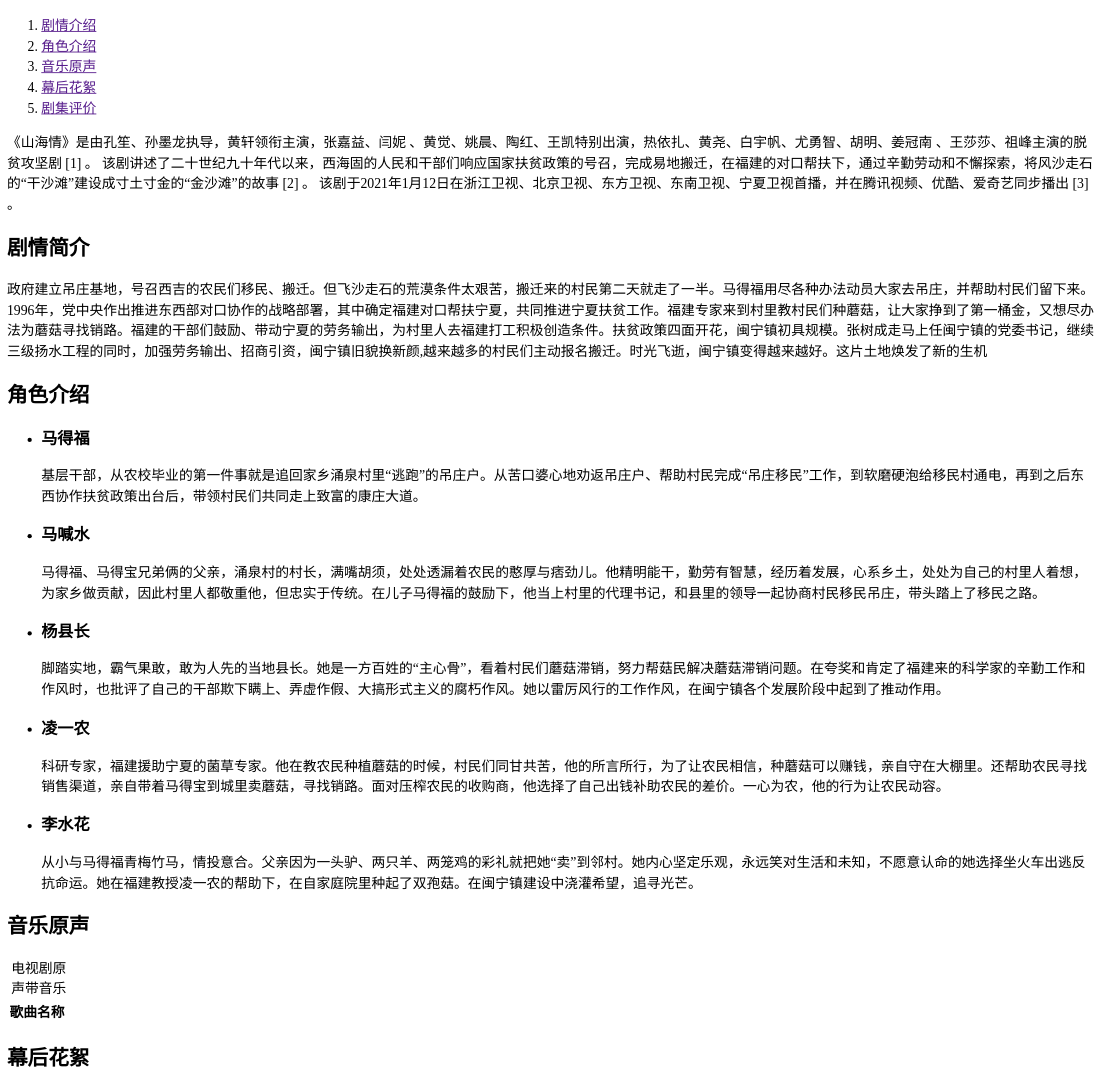
Repository: Lixianlai-2/static-website
Page: index.html
These files come from the project's save history. The page is drawn as it stood at one moment and after the next save; the edit follows.
The browser window is 1280 px wide. The pictures show the whole page, at 86% of full size.

Above is the page before, as saved 2021-11-29 23:36:40.

### index.html
<!DOCTYPE html>
<html lang="zh-CN">
  <head>
    <meta charset="UTF-8" />
    <meta http-equiv="X-UA-Compatible" content="IE=edge" />
    <meta
      name="viewport"
      content="width=device-width, initial-scale=1.0"
      content="ie=edge"
    />
    <title>山海情</title>

    <style>
      img {
        max-width: 100%;
      }
    </style>
  </head>
  <body>
    <nav>
      <ol>
        <li><a href="">剧情介绍</a></li>
        <li><a href="">角色介绍</a></li>
        <li><a href="">音乐原声</a></li>
        <li><a href="">幕后花絮</a></li>
        <li><a href="">剧集评价</a></li>
      </ol>
    </nav>

    <p>
      《山海情》是由孔笙、孙墨龙执导，黄轩领衔主演，张嘉益、闫妮
      、黄觉、姚晨、陶红、王凯特别出演，热依扎、黄尧、白宇帆、尤勇智、胡明、姜冠南
      、王莎莎、祖峰主演的脱贫攻坚剧 [1] 。
      该剧讲述了二十世纪九十年代以来，西海固的人民和干部们响应国家扶贫政策的号召，完成易地搬迁，在福建的对口帮扶下，通过辛勤劳动和不懈探索，将风沙走石的“干沙滩”建设成寸土寸金的“金沙滩”的故事
      [2] 。
      该剧于2021年1月12日在浙江卫视、北京卫视、东方卫视、东南卫视、宁夏卫视首播，并在腾讯视频、优酷、爱奇艺同步播出
      [3] 。
    </p>

    <h2>剧情简介</h2>
    <p>
      政府建立吊庄基地，号召西吉的农民们移民、搬迁。但飞沙走石的荒漠条件太艰苦，搬迁来的村民第二天就走了一半。马得福用尽各种办法动员大家去吊庄，并帮助村民们留下来。1996年，党中央作出推进东西部对口协作的战略部署，其中确定福建对口帮扶宁夏，共同推进宁夏扶贫工作。福建专家来到村里教村民们种蘑菇，让大家挣到了第一桶金，又想尽办法为蘑菇寻找销路。福建的干部们鼓励、带动宁夏的劳务输出，为村里人去福建打工积极创造条件。扶贫政策四面开花，闽宁镇初具规模。张树成走马上任闽宁镇的党委书记，继续三级扬水工程的同时，加强劳务输出、招商引资，闽宁镇旧貌换新颜,越来越多的村民们主动报名搬迁。时光飞逝，闽宁镇变得越来越好。这片土地焕发了新的生机
    </p>

    <h2>角色介绍</h2>
    <ul>
      <li>
        <h3>马得福</h3>
        <p>
          基层干部，从农校毕业的第一件事就是追回家乡涌泉村里“逃跑”的吊庄户。从苦口婆心地劝返吊庄户、帮助村民完成“吊庄移民”工作，到软磨硬泡给移民村通电，再到之后东西协作扶贫政策出台后，带领村民们共同走上致富的康庄大道。
        </p>
      </li>
      <li>
        <h3>马喊水</h3>
        <p>
          马得福、马得宝兄弟俩的父亲，涌泉村的村长，满嘴胡须，处处透漏着农民的憨厚与痞劲儿。他精明能干，勤劳有智慧，经历着发展，心系乡土，处处为自己的村里人着想，为家乡做贡献，因此村里人都敬重他，但忠实于传统。在儿子马得福的鼓励下，他当上村里的代理书记，和县里的领导一起协商村民移民吊庄，带头踏上了移民之路。
        </p>
      </li>
      <li>
        <h3>杨县长</h3>
        <p>
          脚踏实地，霸气果敢，敢为人先的当地县长。她是一方百姓的“主心骨”，看着村民们蘑菇滞销，努力帮菇民解决蘑菇滞销问题。在夸奖和肯定了福建来的科学家的辛勤工作和作风时，也批评了自己的干部欺下瞒上、弄虚作假、大搞形式主义的腐朽作风。她以雷厉风行的工作作风，在闽宁镇各个发展阶段中起到了推动作用。
        </p>
      </li>
      <li>
        <h3>凌一农</h3>
        <p>
          科研专家，福建援助宁夏的菌草专家。他在教农民种植蘑菇的时候，村民们同甘共苦，他的所言所行，为了让农民相信，种蘑菇可以赚钱，亲自守在大棚里。还帮助农民寻找销售渠道，亲自带着马得宝到城里卖蘑菇，寻找销路。面对压榨农民的收购商，他选择了自己出钱补助农民的差价。一心为农，他的行为让农民动容。
        </p>
      </li>
      <li>
        <h3>李水花</h3>
        <p>
          从小与马得福青梅竹马，情投意合。父亲因为一头驴、两只羊、两笼鸡的彩礼就把她“卖”到邻村。她内心坚定乐观，永远笑对生活和未知，不愿意认命的她选择坐火车出逃反抗命运。她在福建教授凌一农的帮助下，在自家庭院里种起了双孢菇。在闽宁镇建设中浇灌希望，追寻光芒。
        </p>
      </li>
    </ul>

    <h2>音乐原声</h2>
    <table>
      <caption>
        电视剧原声带音乐
      </caption>
      <thead>
        <tr>
          <th>歌曲名称</th>
          <td></td>
        </tr>
      </thead>
      <tbody></tbody>
      <tfoot></tfoot>
    </table>

    <h2>幕后花絮</h2>
  </body>
</html>

After the next save:
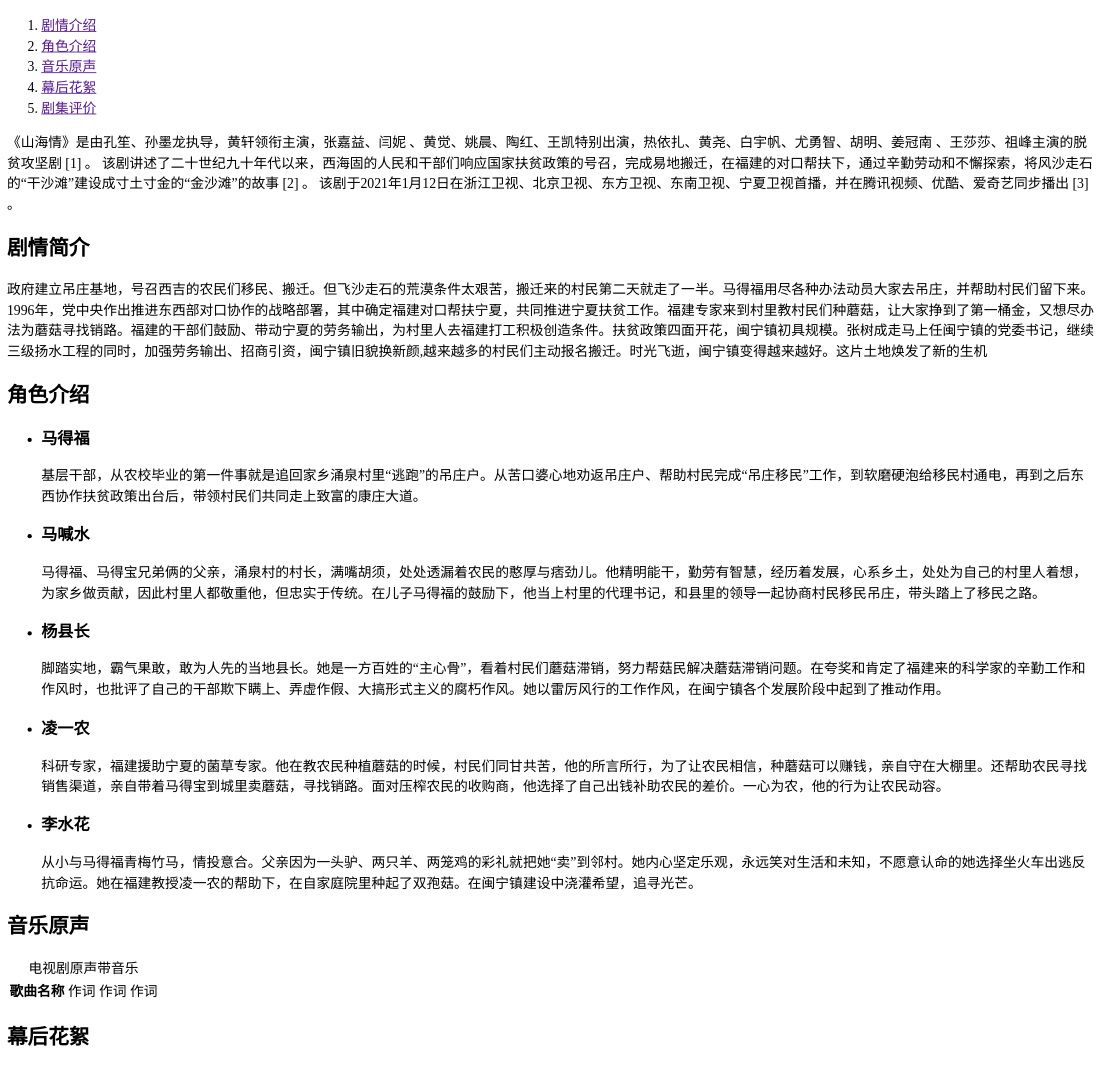
Saved 24 s later.
--- a/index.html
+++ b/index.html
@@ -84,7 +84,9 @@
       <thead>
         <tr>
           <th>歌曲名称</th>
-          <td></td>
+          <td>作词</td>
+          <td>作词</td>
+          <td>作词</td>
         </tr>
       </thead>
       <tbody></tbody>
